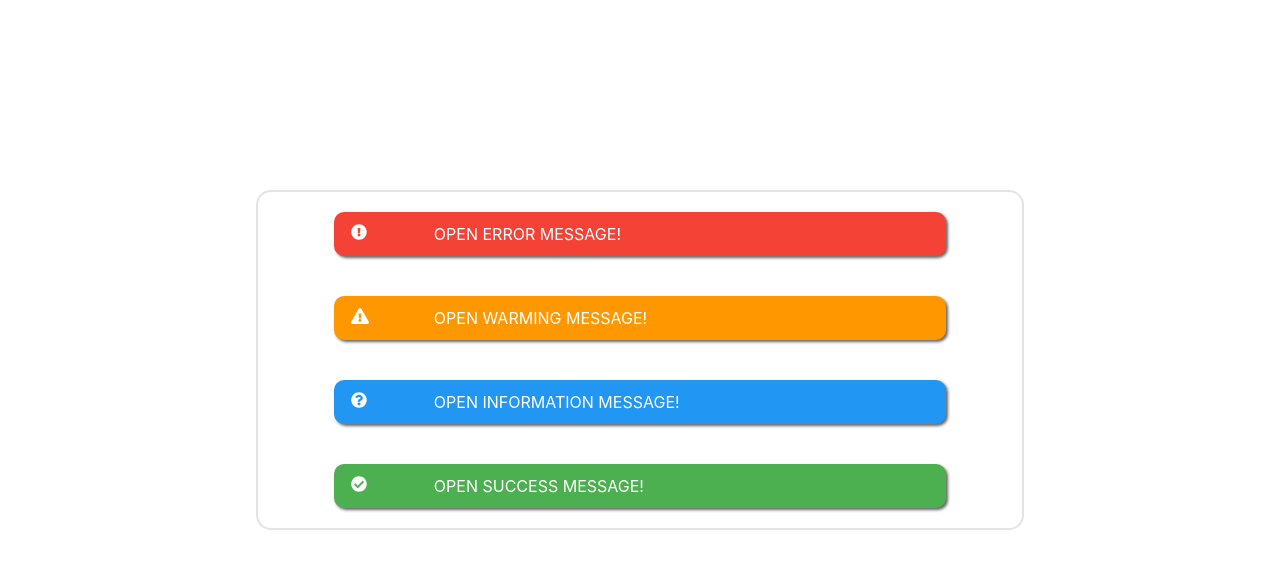
Repository: KrzysKolo/sr_tydzien5_zad2
Page: /
An editor plug-in stored every save of this project. The page is shown before and after the next save, followed by the edit.
The browser window is 1280 px wide. The pictures show the whole page.
The project was rebuilt for these pictures with package versions that can differ from the ones it lists, and the page was loaded fresh each time.

Above is the page before, as saved 2020-12-21 18:25:35.

### public/index.html
<!DOCTYPE html>
<html lang="en">
  <head>
    <meta charset="utf-8" />
    <link rel="icon" href="%PUBLIC_URL%/favicon.ico" />
    <meta name="viewport" content="width=device-width, initial-scale=1" />
    <meta name="theme-color" content="#000000" />
    <meta
      name="description"
      content="Web site created using create-react-app"
    />
    <link rel="apple-touch-icon" href="%PUBLIC_URL%/logo192.png" />
    <!--
      manifest.json provides metadata used when your web app is installed on a
      user's mobile device or desktop. See https://developers.google.com/web/fundamentals/web-app-manifest/
    -->
    <link rel="manifest" href="%PUBLIC_URL%/manifest.json" />
    <!--
      Notice the use of %PUBLIC_URL% in the tags above.
      It will be replaced with the URL of the `public` folder during the build.
      Only files inside the `public` folder can be referenced from the HTML.

      Unlike "/favicon.ico" or "favicon.ico", "%PUBLIC_URL%/favicon.ico" will
      work correctly both with client-side routing and a non-root public URL.
      Learn how to configure a non-root public URL by running `npm run build`.
    -->
    <title>Zad 2 - snackbar</title>
  </head>
  <body>
    <noscript>You need to enable JavaScript to run this app.</noscript>
    <div id="root"></div>
    <!--
      This HTML file is a template.
      If you open it directly in the browser, you will see an empty page.

      You can add webfonts, meta tags, or analytics to this file.
      The build step will place the bundled scripts into the <body> tag.

      To begin the development, run `npm start` or `yarn start`.
      To create a production bundle, use `npm run build` or `yarn build`.
    -->
  </body>
</html>

### src/App.js
import React from 'react';
import Buttons from './components/Buttons';
import './App.css';
const App = () => {
  return (
    <div className="wrapper--btn">
      <Buttons />
    </div>
  )
}

export default App;

### src/components/Buttons.js
import React from 'react';
import ButtonsData from './../data/ButtonsData';
import Button from './Button';

const Buttons = () => {
    return (
        <>
            {ButtonsData.map(button =>
                <Button key={button.id} data={button} />
            )}
        </>
    )
}

export default Buttons;

### src/App.css
* {
  box-sizing: border-box;
  margin: 0;
  position: relative;
}
body {
  width: 100vw;
  height: 100vh;
  display: flex;
  flex-direction: row;
  justify-content: center;
  align-items: center;
}
.wrapper--btn {
  border: 2px solid #e3e3e3;
  border-radius: 15px;
  width: 60vw;
  display: flex;
  flex-direction: column;
  justify-content: center;
  align-items: center;
}
.btn {
  border-radius: 10px;
  color: rgb(240, 239, 244);
  cursor: pointer;
  padding: 10px 15px;
  margin: 20px;
  width: 80%;
  display: grid;
  grid-template-columns: 0.5fr 3fr;
  box-shadow: 2px 2px 3px rgb(102, 102, 102);
}

### src/data/ButtonsData.js
const ButtonsData = [
    {
      id: 0,
      name: "OPEN ERROR MESSAGE!",
      event: "handleClickError",
      color: "rgb(244, 67, 54)",
      icon: "faExclamationCircle"
    },
    {
      id: 1,
      name: "OPEN WARMING MESSAGE!",
      event: "handleClickWarming",
      color: "rgb(255, 152, 0)",
      icon: "faExclamationTriangle",
    },
    {
      id: 2,
      name: "OPEN INFORMATION MESSAGE!",
      event: "handleClickInformation",
      color: "rgb(33, 150, 243)",
      icon: "faQuestionCircle",
    },
    {
      id: 3,
      name: "OPEN SUCCESS MESSAGE!",
      event: "handleClickSuccess",
      color: "rgb(76, 175, 80)",
      icon: "faCheckCircle",
    },

  ]
 export default ButtonsData;

### src/components/Button.js
import React, { useState } from 'react';
import Icons from './Icons';

const Button = ({ data} ) => {
    const [isHovered, setIsHovered] = useState(false);
    const unhoveredStyle = {
        border: `2px solid ${data.color}`,
        background: data.color,
        color: "#fff",

      };

      const hoveredStyle = {
        border: `2px solid ${data.color}`,
        backgroundColor: "#fff",
        color: data.color,

      };
    return (
        <div className="btn"
        onClick={data.event}
        style={isHovered ? hoveredStyle : unhoveredStyle
              }
        onMouseOver={() => setIsHovered(true)}
        onMouseLeave={() => setIsHovered(false)}>
            <Icons icon={data.icon}/>
             {data.name}
        </div>
    )
}

export default Button;

### src/components/Icons.js
import React from 'react';
import { FontAwesomeIcon } from '@fortawesome/react-fontawesome';
import { faCheckCircle, faQuestionCircle, faExclamationTriangle, faExclamationCircle } from '@fortawesome/free-solid-svg-icons';

const Icons = ({icon}) => {

        switch (icon) {
            case 'faExclamationCircle': return <FontAwesomeIcon icon={faExclamationCircle} />;
            case 'faExclamationTriangle': return <FontAwesomeIcon icon={faExclamationTriangle} />;
            case 'faQuestionCircle': return <FontAwesomeIcon icon={faQuestionCircle} />;
            case 'faCheckCircle': return <FontAwesomeIcon icon={faCheckCircle} />;
            default: return null;
            }



}

export default Icons;

Loaded but not shown: src/index.js (common file); src/index.css (common file)

After the next save:
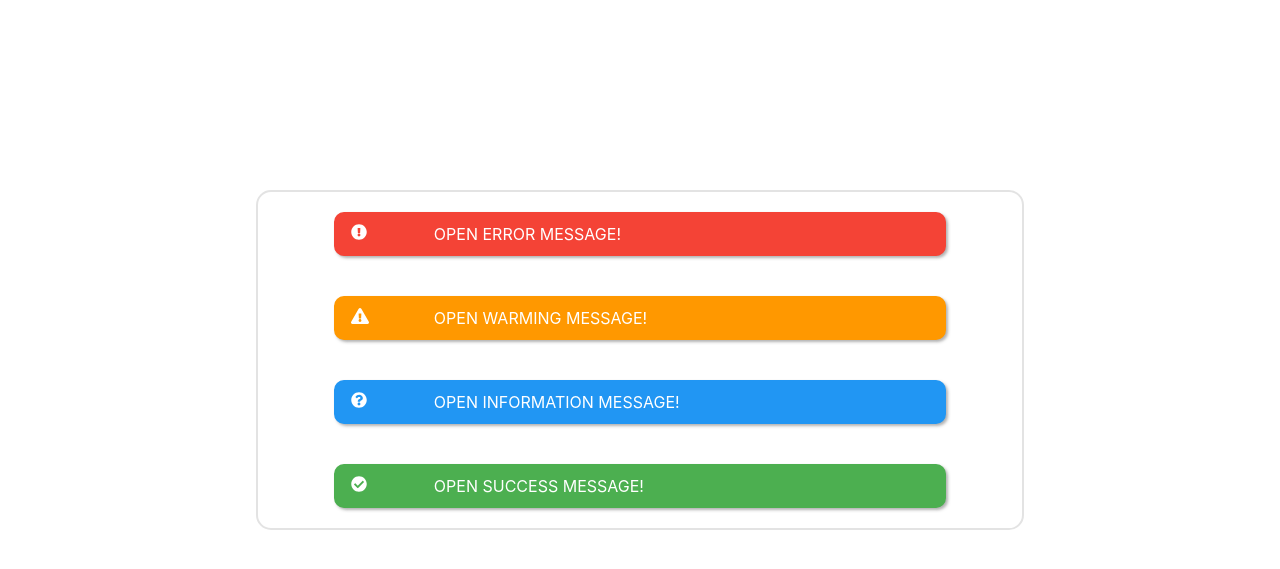
Saved 19 s later.
--- a/src/App.css
+++ b/src/App.css
@@ -29,5 +29,5 @@ body {
   width: 80%;
   display: grid;
   grid-template-columns: 0.5fr 3fr;
-  box-shadow: 2px 2px 3px rgb(102, 102, 102);
+  box-shadow: 2px 2px 3px rgba(102, 102, 102, 0.5);
 }
